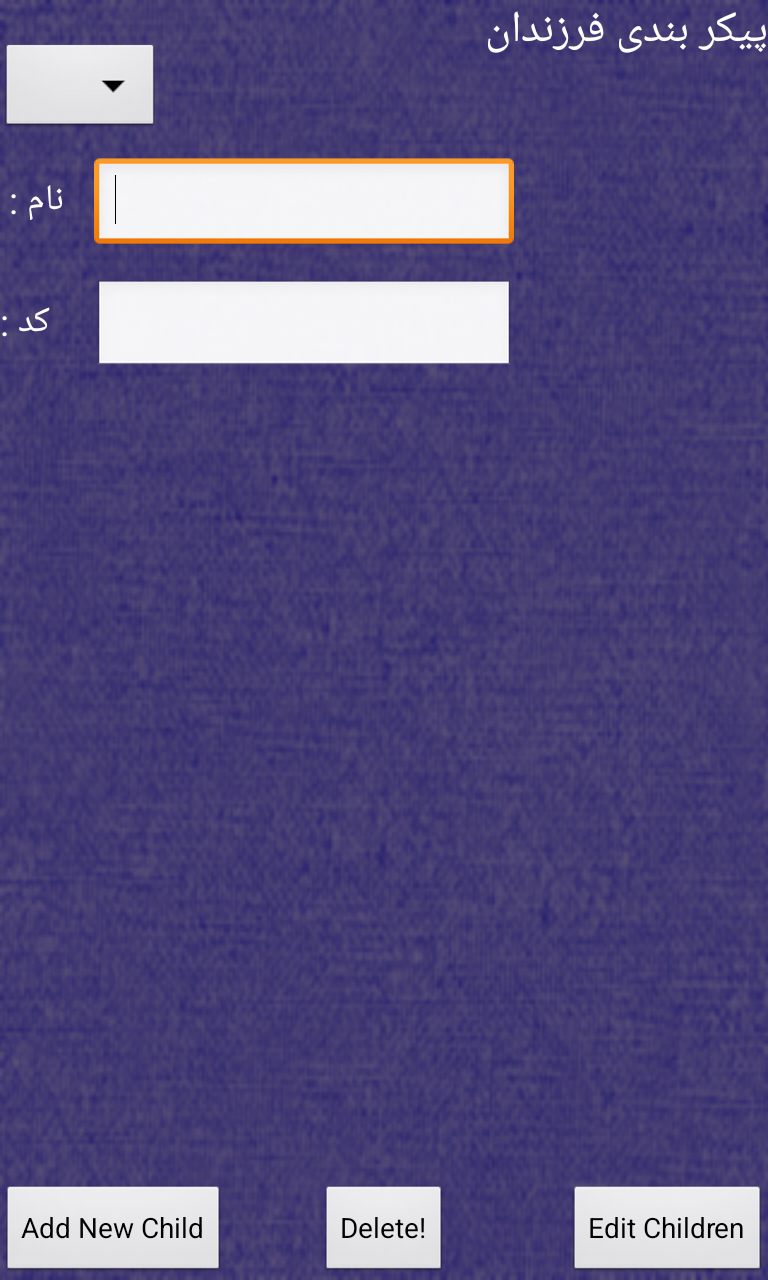
Repository: samanamp/RR-Controller
Layout: RRC app/res/layout/activity_child_setting.xml
An editor plug-in stored every save of this project. The layout is shown before and after the next save, followed by the edit.
It is drawn on a 768 x 1280 px phone screen (xhdpi) without system bars, with theme AppTheme; the app's code is not run.

Above is the layout before, as saved 2012-08-09 14:30:57.

### RRC app/res/layout/activity_child_setting.xml
<?xml version="1.0" encoding="utf-8"?>
<RelativeLayout xmlns:android="http://schemas.android.com/apk/res/android"
    xmlns:tools="http://schemas.android.com/tools"
    android:layout_width="match_parent"
    android:layout_height="match_parent"
    android:background="@drawable/bg_menu" >

    <Button
        android:id="@+id/button1"
        android:layout_width="wrap_content"
        android:layout_height="wrap_content"
        android:layout_alignParentBottom="true"
        android:layout_alignParentLeft="true"
        android:onClick="newChild"
        android:text="Add New Child" />

    <Button
        android:id="@+id/button2"
        android:layout_width="wrap_content"
        android:layout_height="wrap_content"
        android:layout_alignParentBottom="true"
        android:layout_alignParentRight="true"
        android:onClick="editChild"
        android:text="Edit Children" />

    <Spinner
        android:id="@+id/spinner1"
        android:layout_width="wrap_content"
        android:layout_height="wrap_content"
        android:layout_alignParentLeft="true"
        android:layout_marginTop="20dp" />

    <TextView
        android:id="@+id/textView2"
        android:layout_width="wrap_content"
        android:layout_height="wrap_content"
        android:layout_alignParentLeft="true"
        android:layout_below="@+id/spinner1"
        android:layout_marginTop="19dp"
        android:text="نام : "
        android:textAppearance="?android:attr/textAppearanceMedium"
        android:textColor="#ffffff" />

    <EditText
        android:id="@+id/editText1"
        android:layout_width="wrap_content"
        android:layout_height="wrap_content"
        android:layout_alignBaseline="@+id/textView2"
        android:layout_alignBottom="@+id/textView2"
        android:layout_marginLeft="15dp"
        android:layout_toRightOf="@+id/textView2"
        android:ems="10" >

        <requestFocus />
    </EditText>

    <TextView
        android:id="@+id/textView3"
        android:layout_width="wrap_content"
        android:layout_height="wrap_content"
        android:layout_alignParentLeft="true"
        android:layout_below="@+id/editText1"
        android:layout_marginTop="22dp"
        android:text="کد :"
        android:textAppearance="?android:attr/textAppearanceMedium"
        android:textColor="#ffffff" />

    <EditText
        android:id="@+id/editText2"
        android:layout_width="wrap_content"
        android:layout_height="wrap_content"
        android:layout_alignBaseline="@+id/textView3"
        android:layout_alignBottom="@+id/textView3"
        android:layout_alignLeft="@+id/editText1"
        android:ems="10"
        android:inputType="number" />

    <Button
        android:id="@+id/button3"
        android:layout_width="wrap_content"
        android:layout_height="wrap_content"
        android:layout_alignParentBottom="true"
        android:layout_centerHorizontal="true"
        android:onClick="delChild"
        android:text="Delete!" />

    <TextView
        android:id="@+id/textView1"
        android:layout_width="wrap_content"
        android:layout_height="wrap_content"
        android:layout_alignParentRight="true"
        android:layout_alignParentTop="true"
        android:text="پیکر بندی فرزندان"
        android:textAppearance="?android:attr/textAppearanceLarge"
        android:textColor="#ffffff" />

</RelativeLayout>

Loaded but not shown: RRC app/res/values/styles.xml (common file)

After the next save:
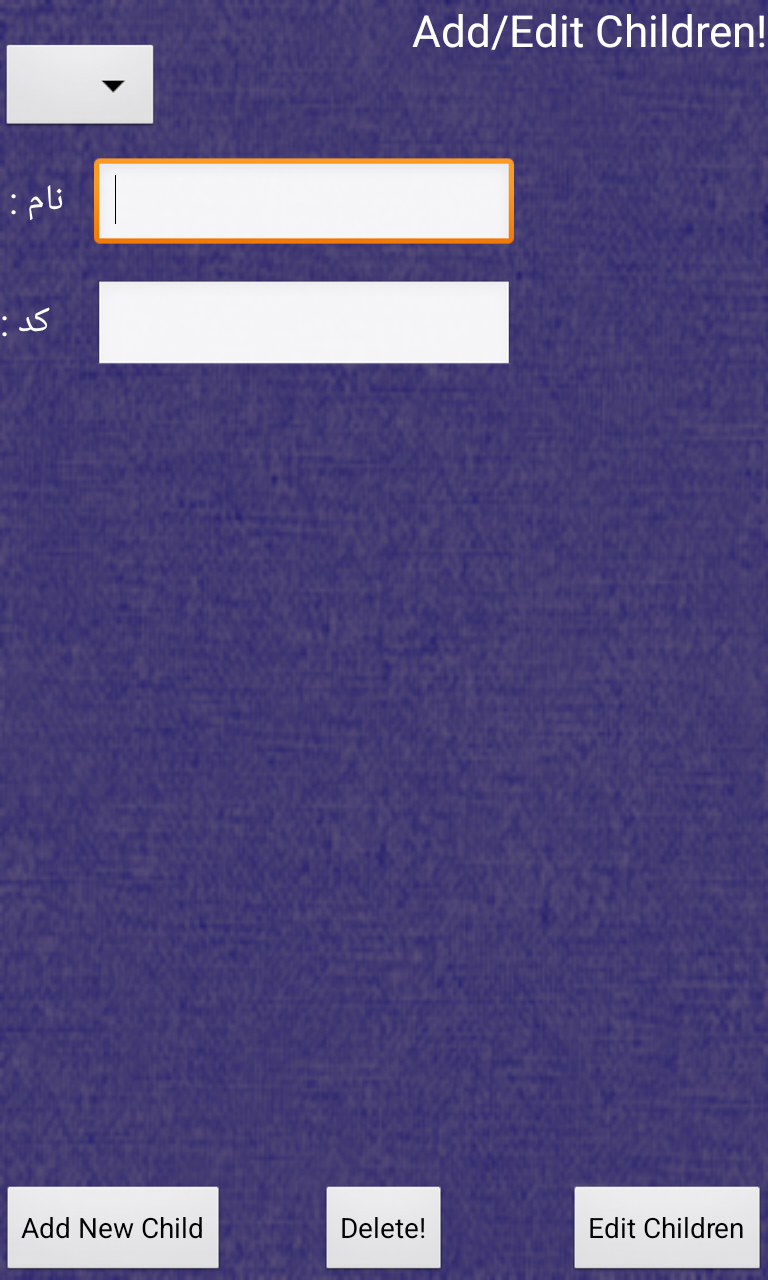
Saved 2 min 28 s later.
--- a/RRC app/res/layout/activity_child_setting.xml
+++ b/RRC app/res/layout/activity_child_setting.xml
@@ -90,7 +90,7 @@
         android:layout_height="wrap_content"
         android:layout_alignParentRight="true"
         android:layout_alignParentTop="true"
-        android:text="پیکر بندی فرزندان"
+        android:text="Add/Edit Children!"
         android:textAppearance="?android:attr/textAppearanceLarge"
         android:textColor="#ffffff" />
 
